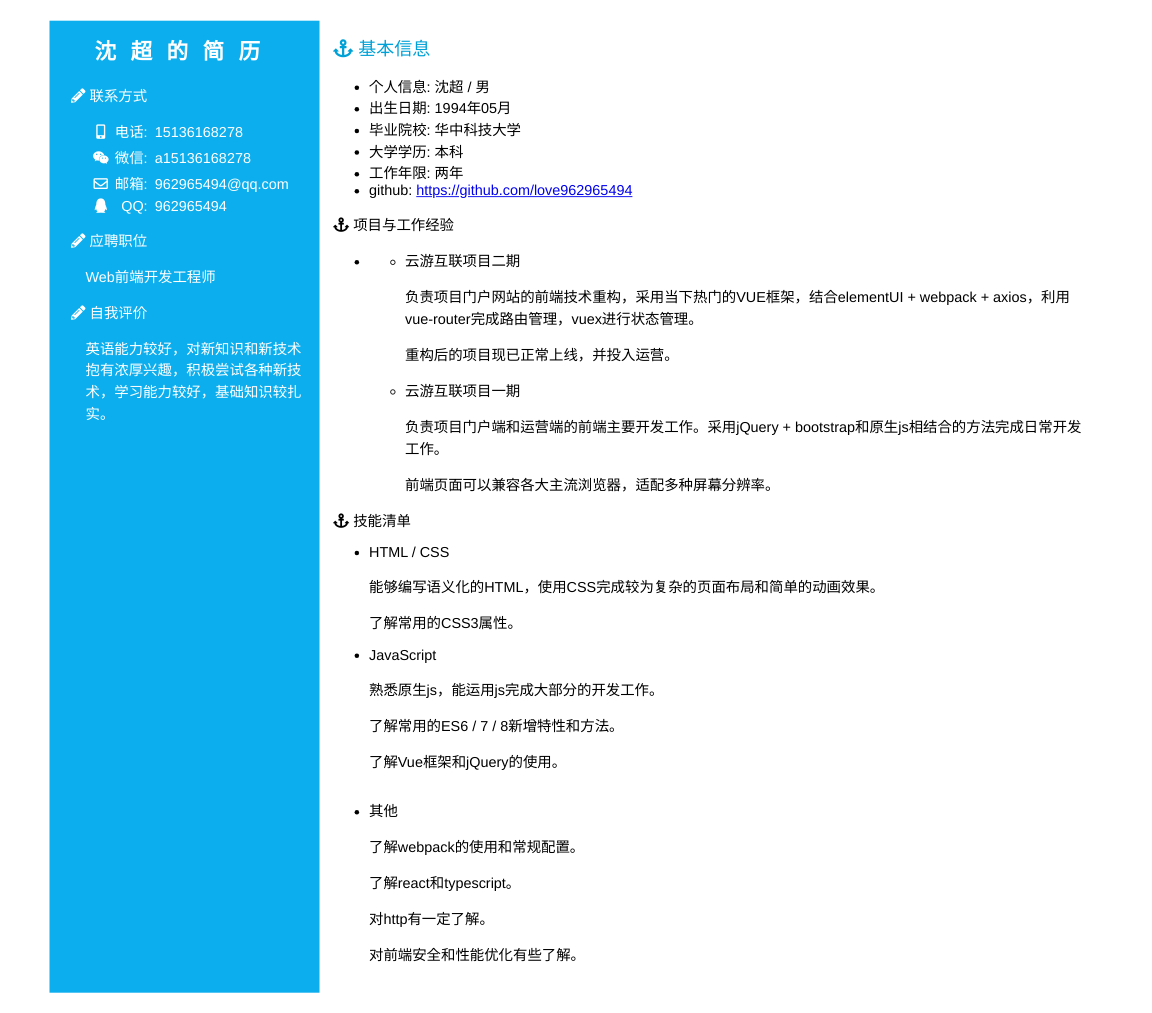
Repository: love962965494/my-resume
Page: index.html
An editor plug-in stored every save of this project. The page is shown before and after the next save, followed by the edit.
The browser window is 1280 px wide. The pictures show the whole page, at 90% of full size.
Some web libraries are served in a nearby version. The style sheet was rebuilt from its Sass, Less or Tailwind sources for each picture, by a compiler version that may differ from the author's.

Above is the page before, as saved 2018-09-02 17:52:15.

### index.html
<!DOCTYPE html>
<html lang="en">

<head>
  <meta charset="UTF-8">
  <meta name="viewport" content="width=device-width, initial-scale=1.0">
  <meta http-equiv="X-UA-Compatible" content="ie=edge">
  <title>沈超的简历</title>
  <link rel="stylesheet" href="https://use.fontawesome.com/releases/v5.0.10/css/all.css" integrity="sha384-+d0P83n9kaQMCwj8F4RJB66tzIwOKmrdb46+porD/OvrJ+37WqIM7UoBtwHO6Nlg"
    crossorigin="anonymous">
  <link rel="stylesheet" href="./styles/myResume.css">
</head>

<body>
  <div id="container" class="container">
    <!-- 左边栏 -->
    <aside class="content__left">
      <!-- 头像区域 -->
      <div class="content__left--title">
        <h1>沈超的简历</h1>
      </div>

      <!-- 联系方式区域 -->
      <div class="content__left--contact">
        <div class="title">
          <i class="fas fa-pencil-alt"></i>
          <span>联系方式</span>
        </div>
        <ul class="list">
          <li>
            <span>
              <i class="fas fa-mobile-alt"></i>
            </span>
            <span>电话:</span>
            <span>15136168278</span>
          </li>
          <li>
            <span>
              <i class="fab fa-weixin"></i>
            </span>
            <span>微信:</span>
            <span>a15136168278</span>
          </li>
          <li>
            <span>
              <i class="far fa-envelope"></i>
            </span>
            <span>邮箱:</span>
            <span>962965494@qq.com</span>
          </li>
          <li>
            <span>
              <i class="fab fa-qq"></i>
            </span>
            <span>QQ:</span>
            <span>962965494</span>
          </li>
        </ul>
      </div>

      <!-- 应聘职位区域 -->
      <div class="content__left--application">
        <span class="title">
          <i class="fas fa-pencil-alt"></i>
          <span>应聘职位</span>
        </span>
        <p class="job">Web前端开发工程师</p>
      </div>

      <!-- 个人评价区域 -->
      <div class="content__left--evaluation">
        <span class="title">
          <i class="fas fa-pencil-alt"></i>
          <span>自我评价</span>
        </span>
        <p class="evaluate">英语能力较好，对新知识和新技术抱有浓厚兴趣，积极尝试各种新技术，学习能力较好，基础知识较扎实。</p>
      </div>
    </aside>

    <!-- 右边栏 -->
    <div class="content__right">
      <!-- 基本信息 -->
      <div class="content__right--basic">
        <div class="header">
          <i class="fas fa-anchor"></i>
          <span>基本信息</span>
        </div>
        <div class="content">
          <ul>
            <li>
              <span>个人信息:</span>
              <span>沈超&nbsp;/&nbsp;男</span>
            </li>
            <li>
              <span>出生日期:</span>
              <span>1994年05月</span>
            </li>
            <li>
              <span>毕业院校:</span>
              <span>华中科技大学</span>
            </li>
            <li>
              <span>大学学历:</span>
              <span>本科</span>
            </li>
            <li>
              <span>工作年限:</span>
              <span>两年</span>
            </li>
            <li>
              <span>github:</span>
              <span><a href="https://github.com/love962965494" target="_blank">https://github.com/love962965494</a></span>
            </li>
          </ul>
        </div>
      </div>

      <!-- 项目经验 -->
      <div class="experience-info info">
        <div class="header">
          <i class="fas fa-anchor"></i>
          <span>项目与工作经验</span>
        </div>
        <div class="content">
          <ul>
            <li>
              <div class="company-info"></div>
              <ul class="work-experience-list">
                <li>
                  <div class="work-name circle">云游互联项目二期</div>
                  <div class="work-info">
                    <p>负责项目门户网站的前端技术重构，采用当下热门的VUE框架，结合elementUI + webpack + axios，利用vue-router完成路由管理，vuex进行状态管理。</p>
                    <p>重构后的项目现已正常上线，并投入运营。</p>
                  </div>
                  <div class="work-picture"></div>
                </li>
                <li style="padding-top: 0">
                  <div class="work-name circle">云游互联项目一期</div>
                  <div class="work-info">
                    <p>负责项目门户端和运营端的前端主要开发工作。采用jQuery + bootstrap和原生js相结合的方法完成日常开发工作。</p>
                    <p>前端页面可以兼容各大主流浏览器，适配多种屏幕分辨率。</p>
                  </div>
                  <div class="work-picture"></div>
                </li>
              </ul>
            </li>
            </li>
          </ul>
        </div>
      </div>

      <!-- 技能清单 -->
      <div class="skill-info info">
        <div class="header">
          <i class="fas fa-anchor"></i>
          <span>技能清单</span>
        </div>
        <div class="content">
          <ul class="skill-list">
            <li>
              <div class="skill-name circle">HTML / CSS</div>
              <div class="skill-info">
                <p>能够编写语义化的HTML，使用CSS完成较为复杂的页面布局和简单的动画效果。</p>
                <p>了解常用的CSS3属性。</p>
              </div>
            </li>
            <li>
              <div class="skill-name circle">JavaScript</div>
              <div class="skill-info">
                <p>熟悉原生js，能运用js完成大部分的开发工作。</p>
                <p>了解常用的ES6 / 7 / 8新增特性和方法。</p>
                <p>了解Vue框架和jQuery的使用。</p>
              </div>
            </li>
            <li style="border-top: 15px solid transparent;">
              <div class="skill-name circle">其他</div>
              <div class="skill-info">
                <p>了解webpack的使用和常规配置。</p>
                <p>了解react和typescript。</p>
                <p>对http有一定了解。</p>
                <p>对前端安全和性能优化有些了解。</p>
              </div>
            </li>
          </ul>
        </div>
      </div>
    </div>
  </div>
</body>

</html>

### styles/myResume.scss
@mixin text-center {
  text-align: center;
}

@mixin row {
  grid-column: 1 / span 12;
}

@media (min-width: 992px) {
  .container {
    width: 970px;
  }
}

@media (min-width: 1200px) {
  .container {
    width: 1170px;
  }
}

html {
  font-size: 16px;
}

.container {
  display: grid;
  grid-template-columns: minmax(200px, 300px) 1fr;
  padding: 15px;
  margin: auto;
  font-family: "Helvetica Neue",Helvetica,"PingFang SC","Hiragino Sans GB","Microsoft YaHei","微软雅黑",Arial,sans-serif;
}

/* ----------------------------- 左边栏 ----------------------------- */
.content__left {
  display: grid;
  grid-template-columns: repeat(12, 1fr);
  grid-template-rows: repeat(4, min-content);
  background-color: #0daeee;
  color: #fff;

  &--title {
    @include row;
    @include text-center;
    margin: 15px 0 20px;

    & > h1 {
      margin: 0;
      white-space: nowrap;
      letter-spacing: 1rem;
    }
  }

  @mixin title {
    padding-left: 1.5rem;
  }

  &--contact {
    @include row();

    & > .title {
      @include title;
    }

    & > .list {
      list-style: none;

      & > li {
        display: grid;
        grid-template-columns: 1.5rem 3rem 1fr;
        align-items: baseline;
        margin: 5px;

        & > span:nth-of-type(1) {
          text-align: center;
        }

        & > span:nth-of-type(2) {
          text-align: right;
          padding-right: .5rem;
        }
      }
    }
  }

  &--application {
    @include row();

    & > .title {
      @include title;
    }

    & > .job {
      padding-left: 40px;
    }
  }

  &--evaluation {
    @include row();

    & > .title {
      @include title;
    }

    & > .evaluate {
      padding-left: 40px;
      padding-right: 1rem;
    }
  }
}

/* ----------------------------- 右边栏 ----------------------------- */
.content__right {
  padding: 15px;

  @mixin header {
    color: #00A1D6;
    font-size: 20px;
  }

  &--basic {
    & > .header {
      @include header;
    }
  }
}

After the next save:
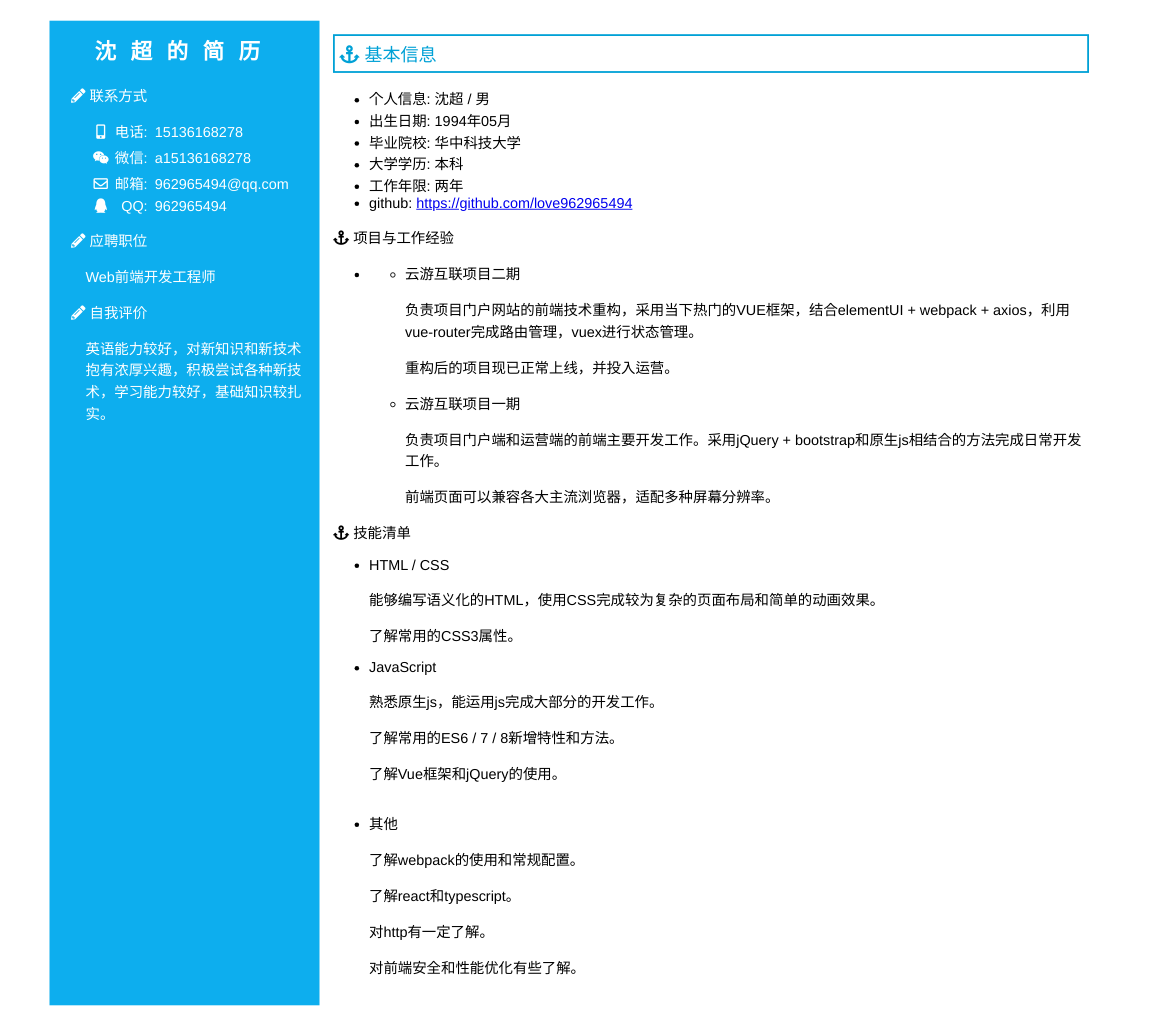
Saved 22 s later.
--- a/styles/myResume.scss
+++ b/styles/myResume.scss
@@ -113,6 +113,8 @@
   padding: 15px;
 
   @mixin header {
+    padding: 5px;
+    border: 2px solid currentColor;
     color: #00A1D6;
     font-size: 20px;
   }
